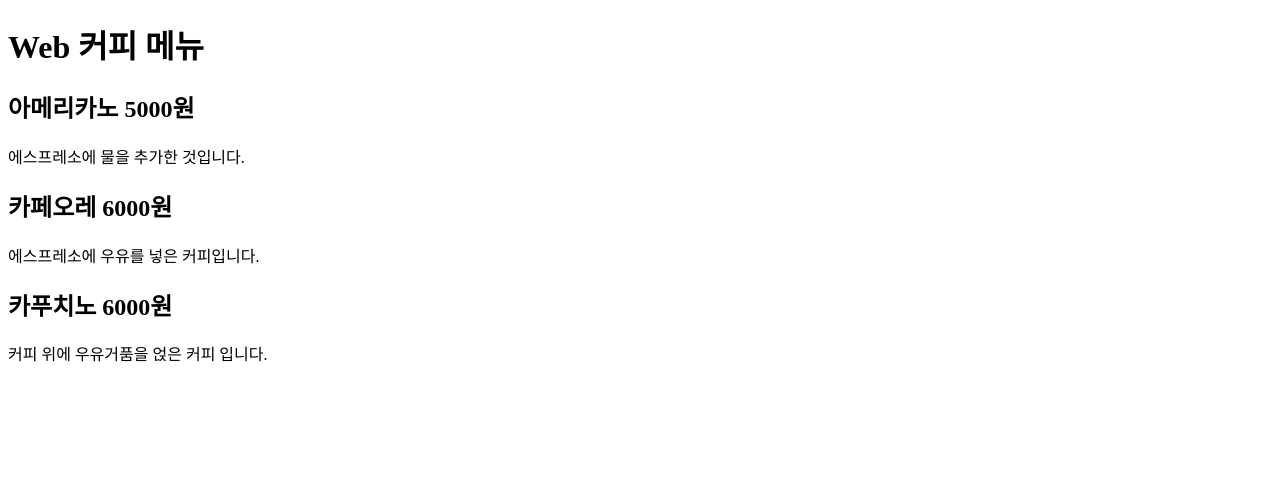
Repository: dhbaek2004/JSPex
Page: http://localhost/UX/UX_01.jsp
An editor plug-in stored every save of this project. The page is shown before and after the next save, followed by the edit.
The browser window is 1280 px wide. The pictures show the whole page.
The page is served by Tomcat 9.

Above is the page before, as saved 2020-08-25 07:52:36.

After the next save:
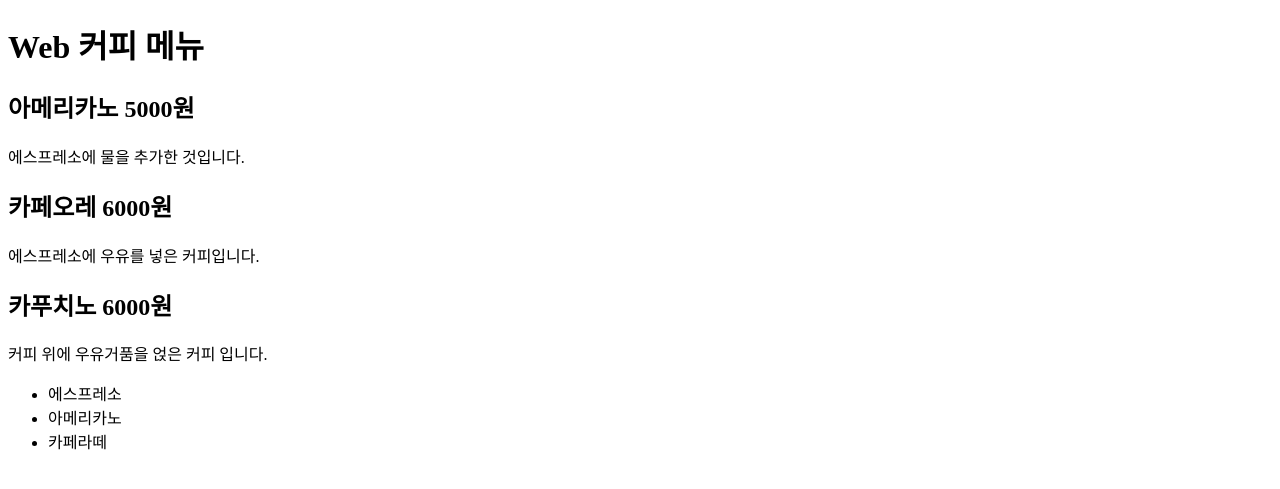
Saved 18 min 20 s later.
--- a/Infrearn/UX/UX/WebContent/UX_01.jsp
+++ b/Infrearn/UX/UX/WebContent/UX_01.jsp
@@ -18,6 +18,12 @@
 	<h2>카푸치노 6000원</h2>
 	<p>커피 위에 우유거품을 얹은 커피 입니다.</p>
 
+	<ul>
+		<li>에스프레소</li>
+		<li>아메리카노</li>
+		<li>카페라떼</li>
+	</ul>
+
 </body>
 
 
